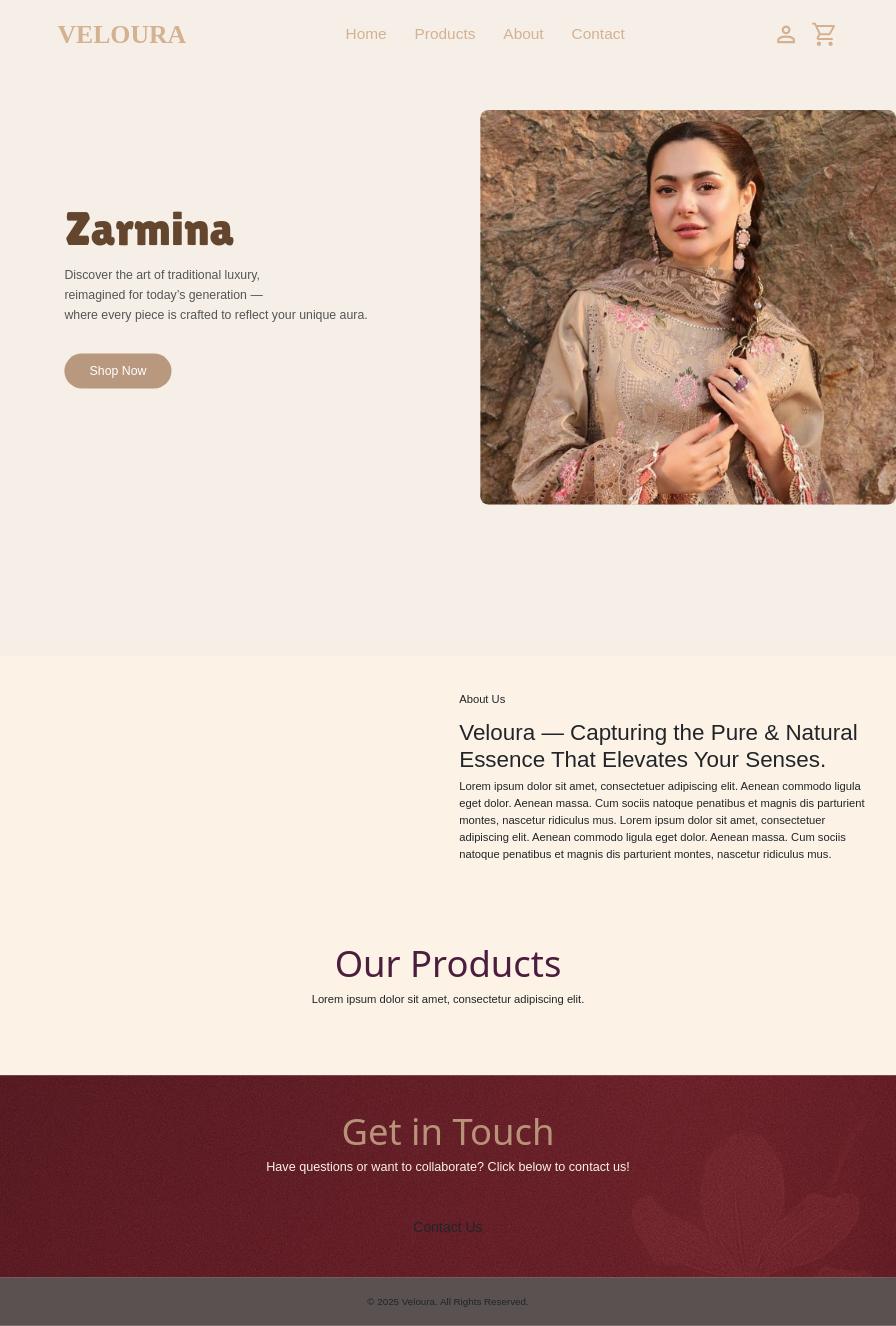
Repository: ayeshatehreem77/Clothing-store
Page: / (app in perfumes-app/)
The author's editor kept a copy of each file at every save. The page is drawn from the files as they stood at one save, then again after the next save.
The browser window is 1280 px wide. The pictures show the whole page, at 70% of full size.
Pictures or frames that could not be fetched are drawn as grey boxes. The page's requests for data from a server got no answer. Some web fonts or font styles are not loaded; a fallback is used. The project was rebuilt for these pictures with package versions that can differ from the ones it lists, and the page was loaded fresh each time. No one was signed in, and anything a server would have sent is missing. Also part of the build but not shown: perfumes-app/src/components/Alert.js.

Above is the page before, as saved 2025-10-28 23:55:10.

After the next save:
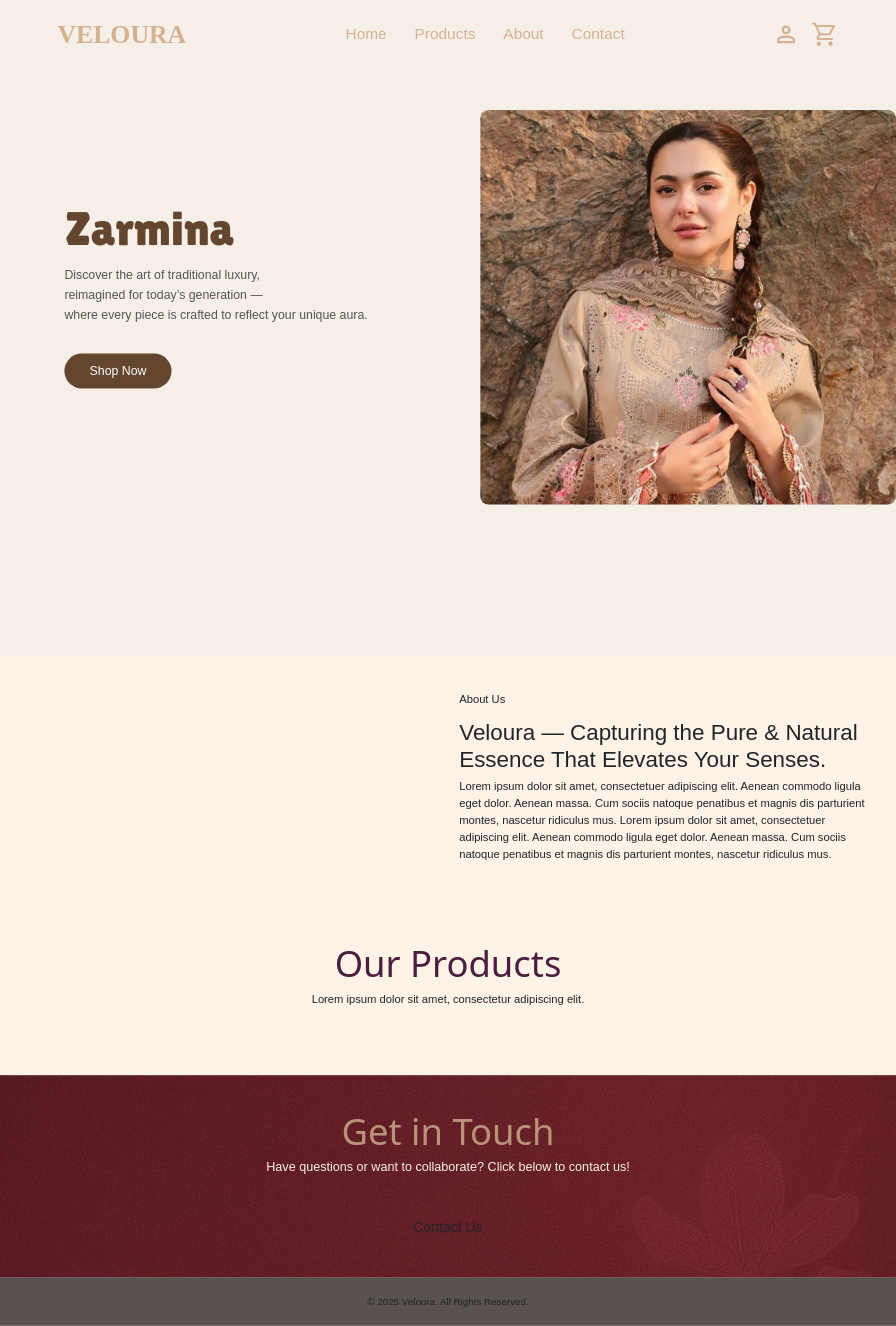
Saved 37 s later.
--- a/perfumes-app/src/App.css
+++ b/perfumes-app/src/App.css
@@ -123,7 +123,7 @@ button.navbar-toggler {
 }
 
 .shop-btn {
-  background-color: #b8997f;
+  background-color: #64462F;
   color: white;
   border: none;
   padding: 12px 36px;
